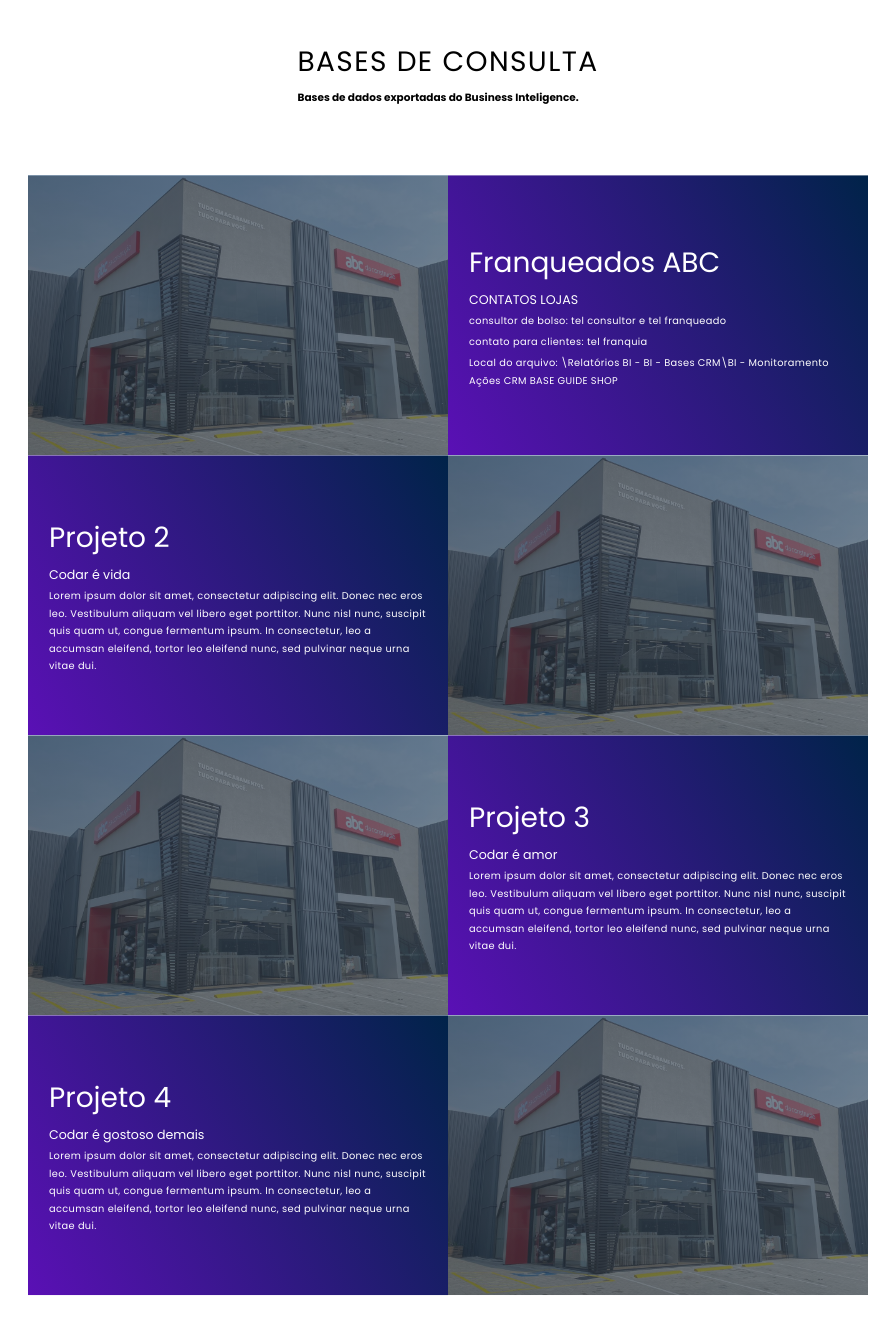
Repository: douglasabnovato/apresentacao
Page: index.html
These files come from the project's save history. The page is drawn as it stood at one moment and after the next save; the edit follows.
The browser window is 1280 px wide. The pictures show the part of the page from y = 1966 to 3886 px (the page is 13502 px tall), at 70% of full size.

Above is the page before, as saved 2025-01-14 16:53:21.

After the next save:
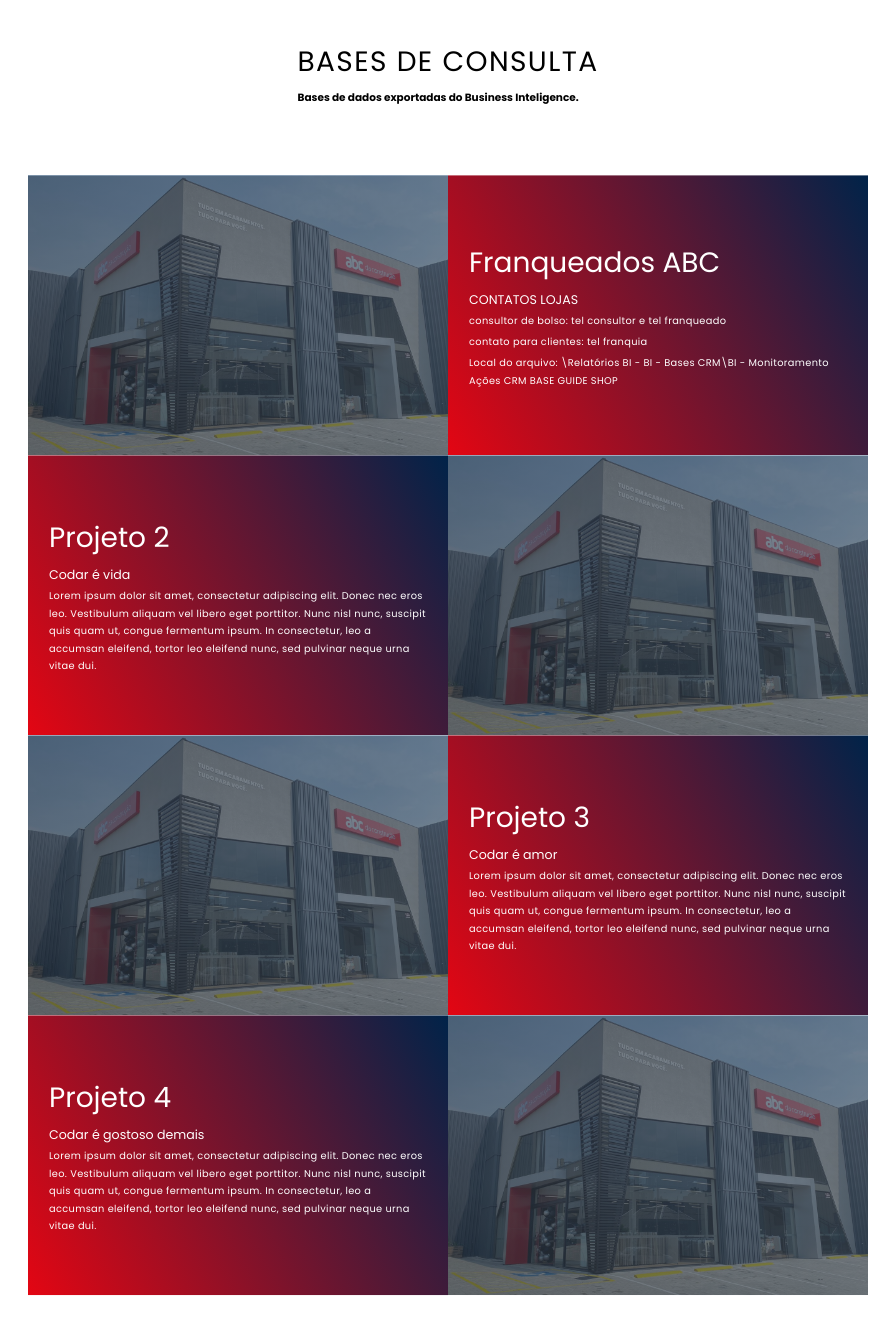
Saved 3 min 37 s later.
--- a/style.css
+++ b/style.css
@@ -278,7 +278,7 @@ p {
   align-items: flex-start;
   justify-content: center;
   flex-direction: column;
-  background-image: linear-gradient(60deg, #5a10b5 0%, #002349 100%);
+  background-image: linear-gradient(60deg, #E30613 0%, #002349 100%);
   color: white;
 }
 
